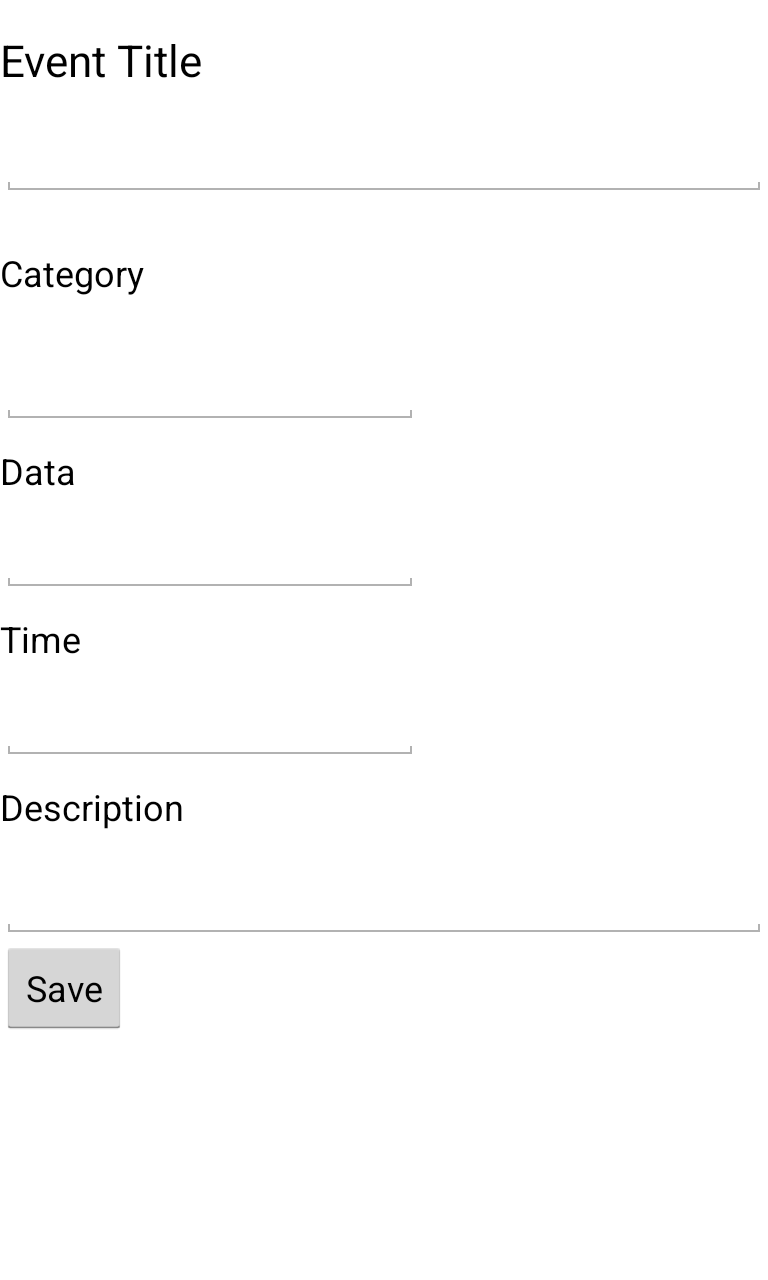
Repository: ctc8631/Android-dev
Layout: WorkDone/res/layout/activity_save.xml
An editor plug-in stored every save of this project. The layout is shown before and after the next save, followed by the edit.
It is drawn on a 768 x 1280 px phone screen (xhdpi) without system bars, with theme AppTheme; the app's code is not run.

Above is the layout before, as saved 2013-09-10 14:19:37.

### WorkDone/res/layout/activity_save.xml
<?xml version="1.0" encoding="utf-8"?>
<LinearLayout xmlns:android="http://schemas.android.com/apk/res/android"
    android:layout_width="match_parent"
    android:layout_height="match_parent"
    android:orientation="vertical" >

    <TextView
        android:id="@+id/textView1"
        android:layout_width="wrap_content"
        android:layout_height="wrap_content"
        android:layout_alignParentTop="true"
        android:layout_centerHorizontal="true"
        android:layout_marginTop="15dp"
        android:text="@string/event_title"
        android:textAppearance="?android:attr/textAppearanceLarge" />

    <EditText
        android:id="@+id/title"
        android:layout_width="match_parent"
        android:layout_height="wrap_content"
        android:layout_below="@+id/textView1"
        android:layout_centerHorizontal="true"
        android:layout_marginTop="15dp"
        android:ems="10"
        android:inputType="textCapWords"
        />

    <TextView
        android:id="@+id/textView2"
        android:layout_width="wrap_content"
        android:layout_height="wrap_content"
        android:layout_alignLeft="@+id/title"
        android:layout_below="@+id/title"
        android:layout_marginTop="25dp"
        android:text="@string/event_cat"
        android:textAppearance="?android:attr/textAppearanceMedium" />

    <EditText
        android:id="@+id/cat"
        android:layout_width="wrap_content"
        android:layout_height="wrap_content"
        android:layout_alignRight="@+id/title"
        android:layout_below="@+id/title"
        android:layout_marginTop="25dp"
        android:ems="10"
        android:inputType="textCapWords"
        />

    <TextView
        android:id="@+id/textView3"
        android:layout_width="wrap_content"
        android:layout_height="wrap_content"
        android:layout_alignLeft="@+id/textView2"
        android:layout_below="@+id/cat"
        android:layout_marginTop="10dp"
        android:text="@string/event_date"
        android:textAppearance="?android:attr/textAppearanceMedium" />

    <EditText
        android:id="@+id/date"
        android:layout_width="wrap_content"
        android:layout_height="wrap_content"
        android:layout_alignLeft="@+id/cat"
        android:layout_below="@+id/cat"
        android:layout_marginTop="10dp"
        android:ems="10"
        android:inputType="date" />

    <TextView
        android:id="@+id/textView4"
        android:layout_width="wrap_content"
        android:layout_height="wrap_content"
        android:layout_alignLeft="@+id/textView3"
        android:layout_below="@+id/date"
        android:layout_marginTop="10dp"
        android:text="@string/event_time"
        android:textAppearance="?android:attr/textAppearanceMedium" />

    <EditText
        android:id="@+id/time"
        android:layout_width="wrap_content"
        android:layout_height="wrap_content"
        android:layout_alignLeft="@+id/date"
        android:layout_below="@+id/date"
        android:layout_marginTop="10dp"
        android:ems="10"
        android:inputType="time" />

    <TextView
        android:id="@+id/textView5"
        android:layout_width="wrap_content"
        android:layout_height="wrap_content"
        android:layout_alignLeft="@+id/textView4"
        android:layout_below="@+id/time"
        android:layout_marginTop="10dp"
        android:text="@string/event_descrip"
        android:textAppearance="?android:attr/textAppearanceMedium" />

    <EditText
        android:id="@+id/descrip"
        android:layout_width="match_parent"
        android:layout_height="wrap_content"
        android:layout_below="@+id/textView5"
        android:layout_marginTop="15dp"
        android:ems="10"
        android:inputType="textMultiLine" />

    <Button
        android:id="@+id/save"
        android:layout_width="wrap_content"
        android:layout_height="wrap_content"
        android:layout_alignParentBottom="true"
        android:layout_centerHorizontal="true"
        android:layout_marginBottom="20dp"
        android:text="@string/event_save" />
</LinearLayout>

### WorkDone/res/values/strings.xml
<?xml version="1.0" encoding="utf-8"?>
<resources>

    <string name="app_name">WorkDone</string>
    <string name="action_settings">Settings</string>
    <string name="event_title">Event Title</string>
    <string name="event_cat">Category</string>
    <string name="event_date">Data</string>
    <string name="event_time">Time</string>
    <string name="event_descrip">Description</string>
    <string name="event_save">Save</string>

</resources>

Loaded but not shown: WorkDone/res/values/styles.xml (common file); WorkDone/res/values-v11/styles.xml (common file); WorkDone/res/values-v14/styles.xml (common file)

After the next save:
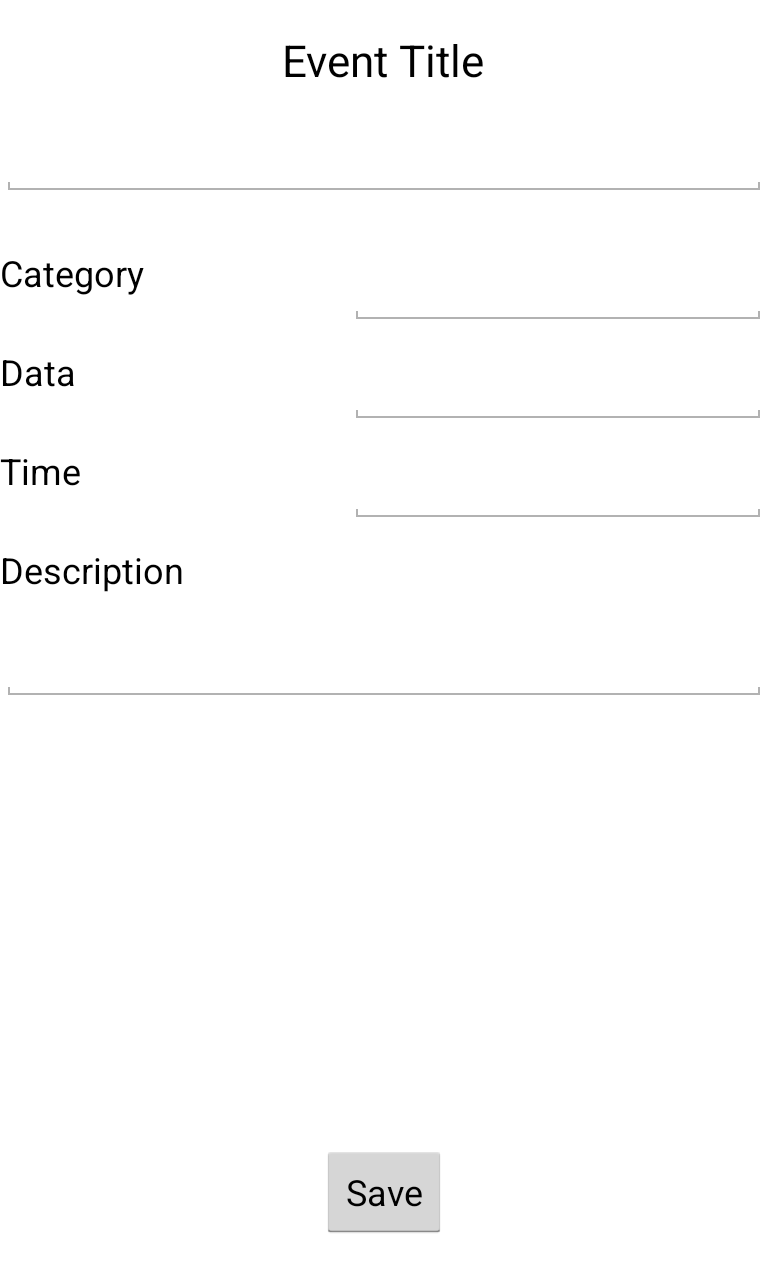
Saved 8 min 40 s later.
--- a/WorkDone/res/layout/activity_save.xml
+++ b/WorkDone/res/layout/activity_save.xml
@@ -1,8 +1,10 @@
 <?xml version="1.0" encoding="utf-8"?>
-<LinearLayout xmlns:android="http://schemas.android.com/apk/res/android"
+<RelativeLayout xmlns:android="http://schemas.android.com/apk/res/android"
+    android:id="@+id/RelativeLayout1"
     android:layout_width="match_parent"
     android:layout_height="match_parent"
     android:orientation="vertical" >
+
 
     <TextView
         android:id="@+id/textView1"
@@ -113,4 +115,5 @@
         android:layout_centerHorizontal="true"
         android:layout_marginBottom="20dp"
         android:text="@string/event_save" />
-</LinearLayout>
+
+</RelativeLayout>
